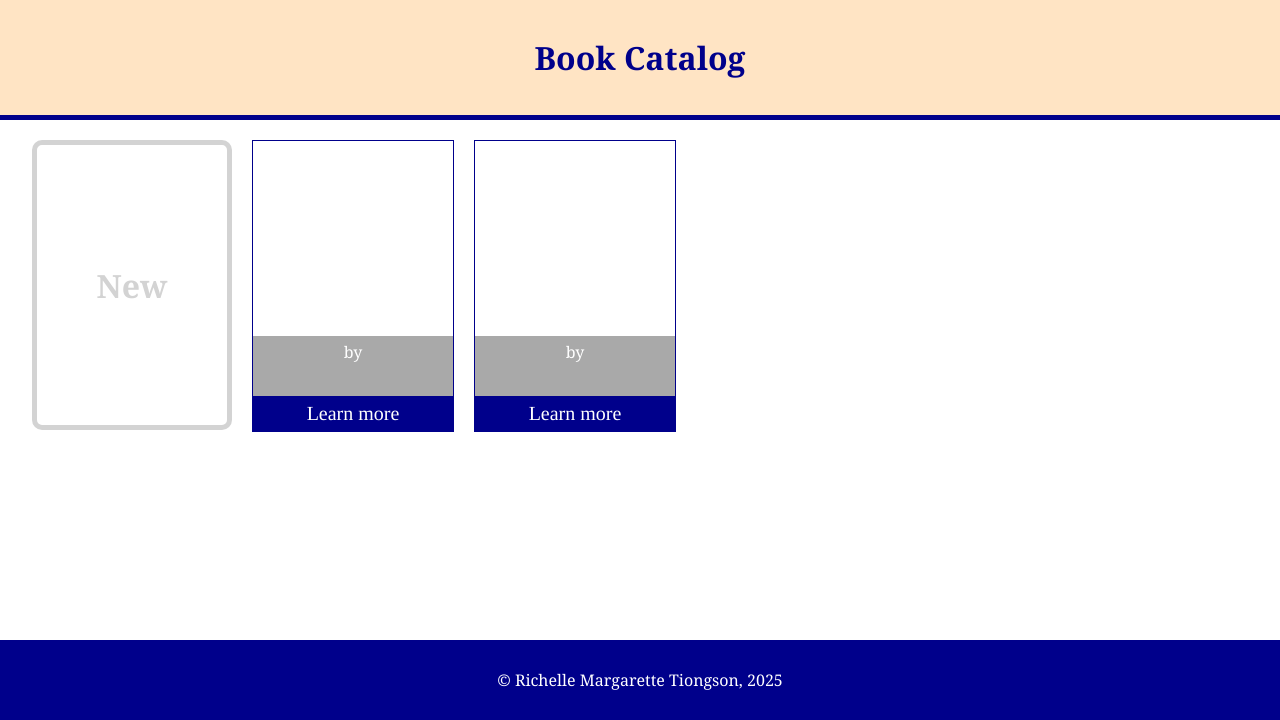
Repository: richelletiongson/comp3170_lab01
Page: /
An editor plug-in stored every save of this project. The page is shown before and after the next save, followed by the edit.
The browser window is 1280 px wide. The pictures show the whole page.
The project was rebuilt for these pictures with package versions that can differ from the ones it lists, and the page was loaded fresh each time. Also part of the build but not shown: vite.config.js.

Above is the page before, as saved 2025-09-14 01:27:59.

### index.html
<!doctype html>
<html lang="en">
  <head>
    <meta charset="UTF-8" />
    <link rel="stylesheet" href="src/index.css"/>
    <meta name="viewport" content="width=device-width, initial-scale=1.0" />
    <title>Book Catalog</title>
  </head>
  <body>
    <div id="root"></div>
    <script type="module" src="/src/main.jsx"></script>
  </body>
</html>

### src/index.css
* {
  margin: 0;
  padding: 0;
}

body {
  font-family: 'Georgia', 'Times New Roman', serif;
  height: 100vh;
  display: flex;
  flex-direction: column;
}

.app {
  display: flex;
  flex-direction: column;
  min-height: 100vh;
  gap: 20px;
}

.header {
  background-color: bisque;
  height: 115px;
  display: flex;
  align-items: center;
  justify-content: center;
  border-bottom: 5px solid darkblue;
}

.header-title {
  color: darkblue;
  font-size: 32px;
  font-weight: bold;
  text-align: center;
  margin: 0;
}

.book {
  display: flex;
  flex-direction: column;
  justify-content: end;
  border: solid 1px darkblue;
  height:290px;
  width:200px;
}

.author {
  height: 50px;
  padding: 5px 7px;
  background-color: darkgrey;
  color: #FFFFFF;
  text-align: center;
}

.author-name {
  font-weight: bold;
}

.learn {
  font-family: 'Georgia, Times New Roman', Times, serif;
  font-size: 20px;
  border: none;
  height: 35px;
  background-color: darkblue;
  color: #FFFFFF;
}

.new {
  border: solid 5px lightgray;
  border-radius: 10px;
  height:290px;
  width:200px;
  font-family: 'Georgia', 'Times New Roman', serif;
  background-color: #FFFFFF;
  color: lightgray;
  font-size: 32px;
  font-weight: bold;
}

.main-content {
  flex: 1;
  background-color: #FFFFFF;
  padding: 0 2rem;
}

.content {
  display: flex;
  flex-direction: row;
  justify-content:flex-start;
  gap: 20px;
}

.footer {
  background-color: darkblue;
  height: 80px;
  display: flex;
  align-items: center;
  justify-content: center;
}

.footer-text {
  color: #FFFFFF;
  font-size: 1rem;
  margin: 0;
  text-align: center;
}

### src/App.jsx
import './index.css'
import Book from './Book'

function App() {
  return (
    <div className="app">
      <header className="header">
        <h1 className="header-title">Book Catalog</h1>
      </header>

      <main className="main-content">
        <div className="content">
          <button className="new">New</button>
          <Book src="" author=""/>
          <Book src="" author=""/>
        </div>
      </main>

      <footer className="footer">
        <p className="footer-text">© Richelle Margarette Tiongson, 2025</p>
      </footer>
    </div>
  );
}

export default App;

### src/Book.jsx
import './index.css'

function Book(props) {
    return (
        <div className="book">
            <image src={props.image}></image>
            <div className="author">
                <p>by</p>
                <p className="author-name">{props.author}</p>
            </div>
            <button className="learn">Learn more</button>
        </div>
    );
}

export default Book;

Loaded but not shown: src/main.jsx (common file)

After the next save:
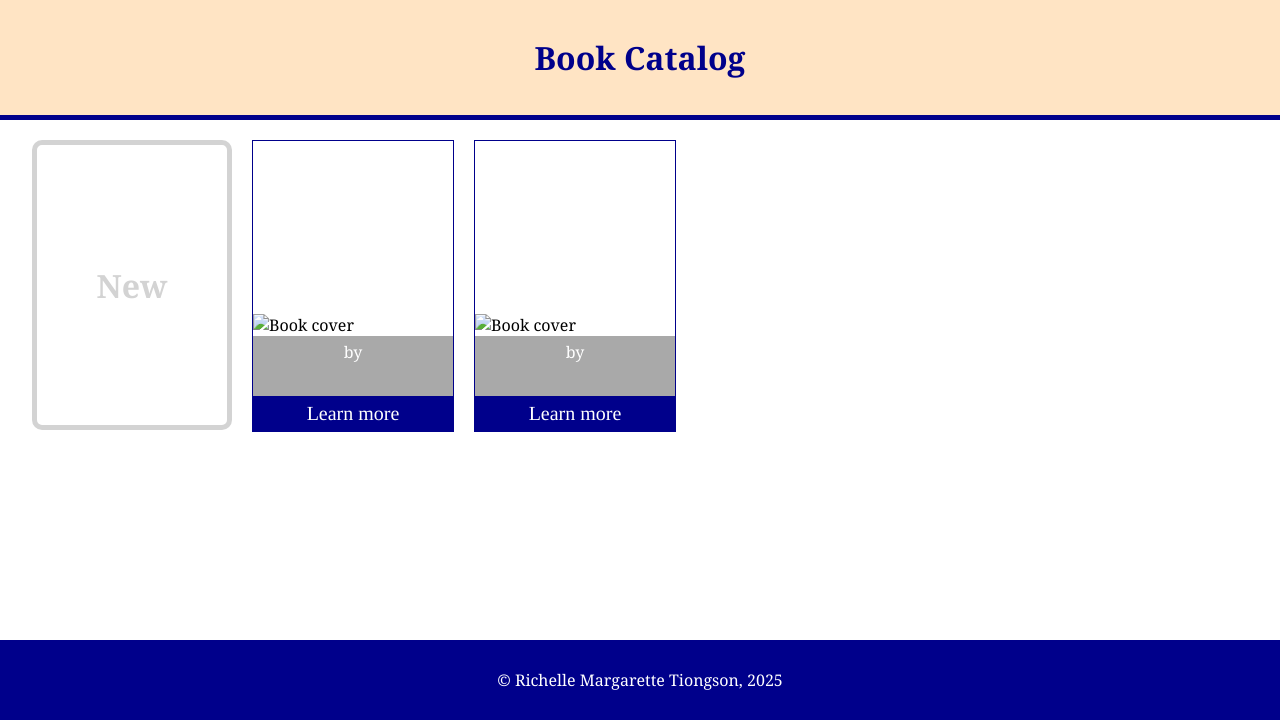
Saved 20 min 36 s later.
--- a/src/Book.jsx
+++ b/src/Book.jsx
@@ -1,14 +1,23 @@
 import './index.css'
 
 function Book(props) {
+    const handleLearnMoreClick = () => {
+        if (props.url) {
+            // Open the book's URL in a new tab
+            window.open(props.url, '_blank', 'noopener,noreferrer');
+        }
+    };
+
     return (
         <div className="book">
-            <image src={props.image}></image>
+            <img src={props.image} alt={props.title || 'Book cover'} />
             <div className="author">
                 <p>by</p>
                 <p className="author-name">{props.author}</p>
             </div>
-            <button className="learn">Learn more</button>
+            <button className="learn" onClick={handleLearnMoreClick}>
+                Learn more
+            </button>
         </div>
     );
 }
